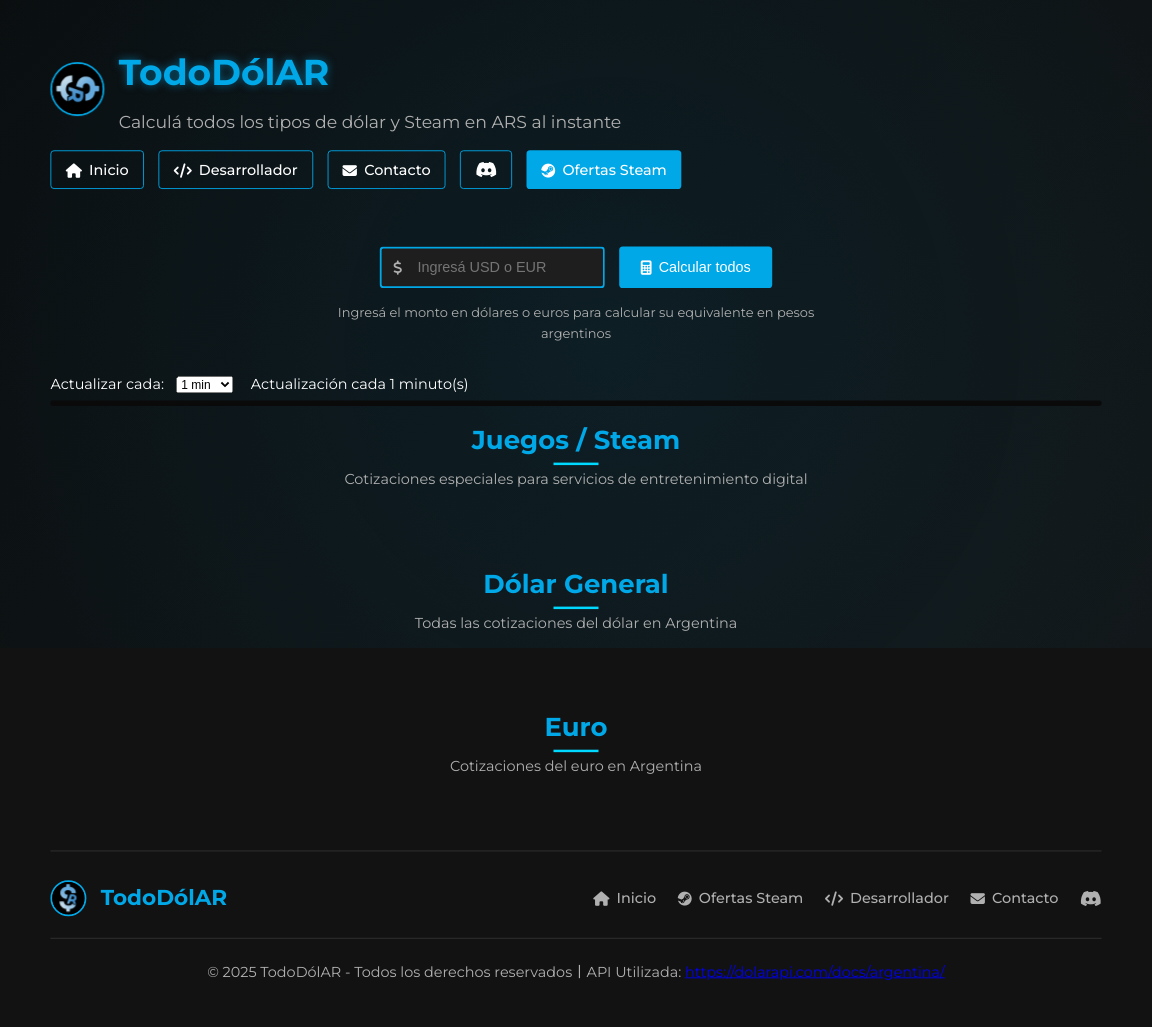
Repository: FabriDevelope/todod-lar-ar
Page: inicio/index.html
The author's editor kept a copy of each file at every save. The page is drawn from the files as they stood at one save, then again after the next save.
The browser window is 1280 px wide. The pictures show the whole page, at 90% of full size.
The page's requests for data from a server got no answer.

Above is the page before, as saved 2025-09-06 23:17:41.

### inicio/index.html
<!DOCTYPE html>
<html lang="es">
<head>
    <meta charset="UTF-8">
    <meta name="viewport" content="width=device-width, initial-scale=1.0">
    <title>TodoDólAR - Calculá todos los tipos de dólar y Steam en ARS al instante</title>
    <link rel="stylesheet" href="../css/style.css">
    <link rel="icon" type="image/png" href="favicon.png">
    <link href="https://fonts.googleapis.com/css2?family=Montserrat:wght@400;500;700&display=swap" rel="stylesheet">
    <link rel="stylesheet" href="https://cdnjs.cloudflare.com/ajax/libs/font-awesome/6.4.0/css/all.min.css">
</head>
<body>
    <!-- Fondo animado -->
    <div class="animated-bg"></div>

    <div class="container">
        <!-- Header -->
        <header class="header">
            <div class="header-content">
                <div class="header-logo">
                    <img src="../logo/logo.png" alt="TodoDólar-AR Logo" class="logo-img">
                    <div>
                        <h1 class="header-title">TodoDólAR</h1>
                        <p class="header-subtitle">Calculá todos los tipos de dólar y Steam en ARS al instante</p>
                    </div>
                </div>
                <div class="header-links">
                    <a href="index.html" class="dev-link">
                        <i class="fas fa-home"></i> Inicio
                    </a>
                    <a href="../desarrollador/index.html" target="_blank" class="dev-link">
                        <i class="fas fa-code"></i> Desarrollador
                    </a>
                    <a href="../contacto/index.html" class="dev-link">
                        <i class="fas fa-envelope"></i> Contacto
                    </a>
                    <a href="../discord-invite/index.html" target="_blank" class="dev-link discord-link">
                        <i class="fab fa-discord"></i>
                    </a>
                    <a href="../ofertas-steam/index.html" target="_blank" class="steam-btn">
                        <i class="fab fa-steam"></i> Ofertas Steam
                    </a>
                </div>
            </div>
        </header>

        <!-- Input de cálculo -->
        <section class="calculation-section">
            <div class="input-container">
                <div class="input-group">
                    <i class="fas fa-dollar-sign input-icon"></i>
                    <input type="number" id="currency-input" placeholder="Ingresá USD o EUR" step="0.01" min="0">
                </div>
                <button id="calculate-all-btn" class="calculate-btn">
                    <i class="fas fa-calculator"></i> Calcular todos
                </button>
            </div>
            <p class="input-description">Ingresá el monto en dólares o euros para calcular su equivalente en pesos argentinos</p>
        </section>

        <div id="update-container" style="margin: 15px 0;">
            <label for="update-interval-select" style="color: var(--light-text); margin-right: 10px;">Actualizar cada:</label>
            <select id="update-interval-select">
                <option value="60000">1 min</option>
                <option value="300000">5 min</option>
                <option value="900000">15 min</option>
                <option value="3600000">1 hora</option>
            </select>
            <span id="update-text" style="color: var(--light-text); margin-left: 15px;">Actualización cada 1 minuto(s)</span>
            <div id="update-bar-container" style="background: var(--darker-bg); border-radius: 5px; overflow: hidden; height: 6px; margin-top: 5px;">
                <div id="update-bar" style="height: 100%; width: 0%; background: var(--accent-color); transition: width 0.1s linear;"></div>
            </div>
        </div>





        <!-- Tarjetas de Juegos/Steam -->
        <section class="card-section">
            <div class="section-header">
                <h2 class="section-title">Juegos / Steam</h2>
                <p class="section-description">Cotizaciones especiales para servicios de entretenimiento digital</p>
            </div>
            <div class="cards-grid" id="steam-cards">
                <!-- Las tarjetas se generarán con JavaScript -->
            </div>
        </section>

        <!-- Tarjetas de Dólar General -->
        <section class="card-section">
            <div class="section-header">
                <h2 class="section-title">Dólar General</h2>
                <p class="section-description">Todas las cotizaciones del dólar en Argentina</p>
            </div>
            <div class="cards-grid" id="general-cards">
                <!-- Las tarjetas se generarán con JavaScript -->
            </div>
        </section>

        <!-- Tarjetas de Euro -->
        <section class="card-section">
            <div class="section-header">
                <h2 class="section-title">Euro</h2>
                <p class="section-description">Cotizaciones del euro en Argentina</p>
            </div>
            <div class="cards-grid" id="euro-cards">
                <!-- Las tarjetas se generarán con JavaScript -->
            </div>
        </section>

        <!-- Footer -->
        <footer class="footer">
            <div class="footer-content">
                <div class="footer-logo">
                    <img src="../logo/logo.png" alt="TodoDólar-AR Logo" class="footer-logo-img">
                    <span class="footer-title">TodoDólAR</span>
                </div>
                <div class="footer-links">
                    <a href="index.html" class="footer-link">
                        <i class="fas fa-home"></i> Inicio
                    </a>
                    <a href="../ofertas-steam/index.html" target="_blank" class="footer-link">
                        <i class="fab fa-steam"></i> Ofertas Steam
                    </a>
                    <a href="../desarrollador/index.html" target="_blank" class="footer-link">
                        <i class="fas fa-code"></i> Desarrollador
                    </a>
                    <a href="../contacto/index.html" class="footer-link">
                        <i class="fas fa-envelope"></i> Contacto
                    </a>
                    <a href="../discord-invite/index.html" target="_blank" class="footer-link discord-link">
                        <i class="fab fa-discord"></i>
                    </a>
                </div>
            </div>
            <div class="footer-bottom">
                <p>&copy; 2025 TodoDólAR - Todos los derechos reservados丨API Utilizada: <a href="https://dolarapi.com/docs/argentina/">https://dolarapi.com/docs/argentina/</a></p>
            </div>
        </footer>
    </div>

    <!-- Modal para cálculo específico -->
    <div id="calc-modal" class="modal">
        <div class="modal-content">
            <div class="modal-header">
                <h3 class="modal-title" id="modal-title">Calculadora de Moneda</h3>
                <button class="modal-close-btn" id="modal-close-btn">
                    <i class="fas fa-times"></i>
                </button>
            </div>
            <div class="modal-body">
                <div class="calc-section">
                    <h4>ARS a <span id="currency-name">Moneda</span></h4>
                    <div class="calc-input-group">
                        <input type="number" id="ars-input" placeholder="Ingresá ARS" step="0.01" min="0">
                        <button class="calc-btn" id="ars-to-currency-btn">Calcular</button>
                    </div>
                    <div class="calc-result" id="ars-to-currency-result">
                        <span class="result-label">Resultado:</span>
                        <span class="result-value">0.00</span>
                    </div>
                </div>
                <div class="calc-section">
                    <h4><span id="currency-name-2">Moneda</span> a ARS</h4>
                    <div class="calc-input-group">
                        <input type="number" id="currency-input-modal" placeholder="Ingresá monto" step="0.01" min="0">
                        <button class="calc-btn" id="currency-to-ars-btn">Calcular</button>
                    </div>
                    <div class="calc-result" id="currency-to-ars-result">
                        <span class="result-label">Resultado:</span>
                        <span class="result-value">$0.00</span>
                    </div>
                </div>
            </div>
            <div class="modal-footer">
                <button class="modal-close-footer-btn" id="modal-close-footer-btn">Cerrar</button>
            </div>
        </div>
    </div>

    <script src="../js/script.js"></script>
</body>
</html>

Loaded but not shown: js/script.js (217 lines, source omitted); css/style.css (788 lines, source omitted)

After the next save:
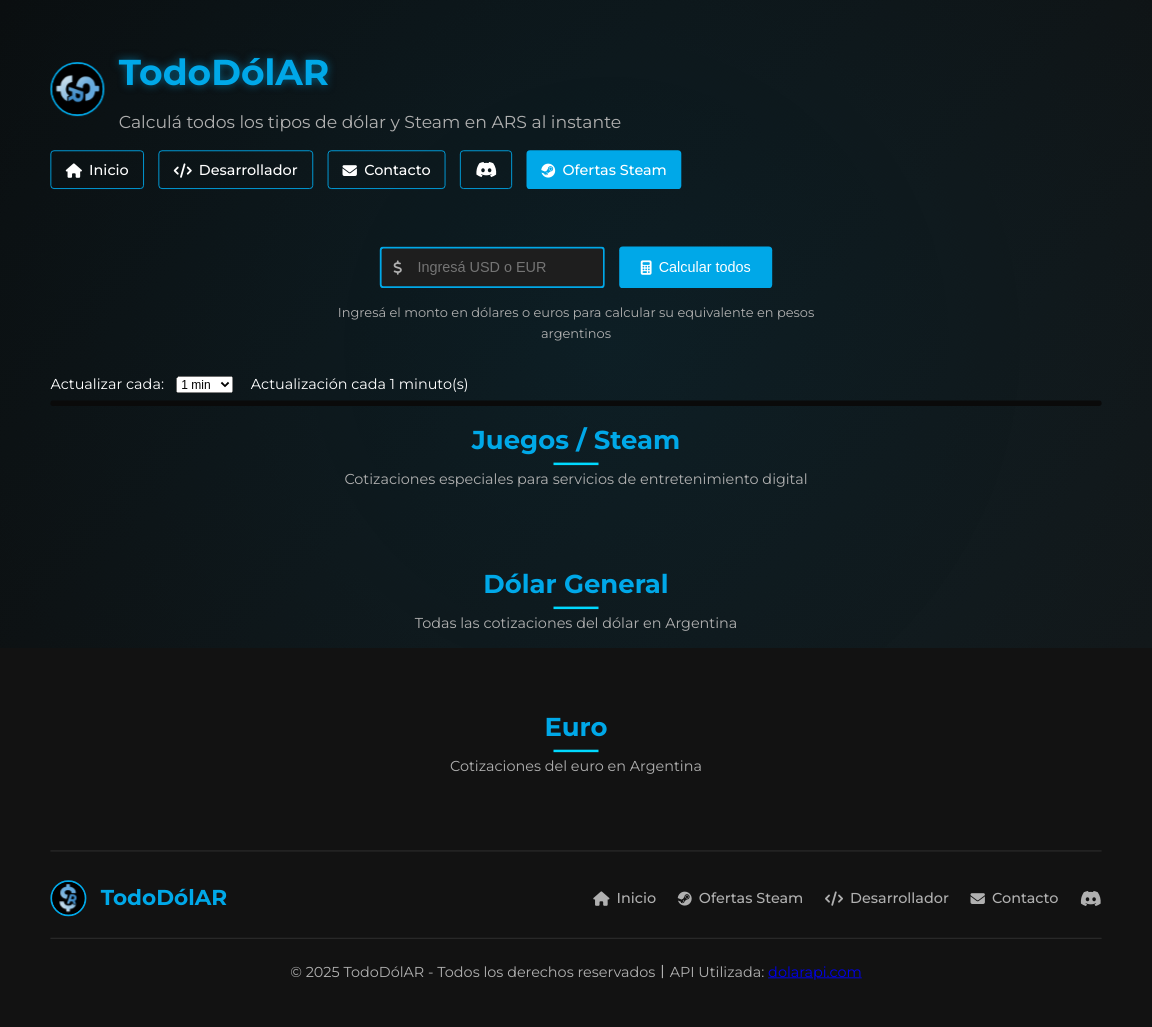
Saved 19 s later.
--- a/inicio/index.html
+++ b/inicio/index.html
@@ -135,7 +135,7 @@
                 </div>
             </div>
             <div class="footer-bottom">
-                <p>&copy; 2025 TodoDólAR - Todos los derechos reservados丨API Utilizada: <a href="https://dolarapi.com/docs/argentina/">https://dolarapi.com/docs/argentina/</a></p>
+                <p>&copy; 2025 TodoDólAR - Todos los derechos reservados丨API Utilizada: <a href="https://dolarapi.com/docs/argentina/">dolarapi.com</a></p>
             </div>
         </footer>
     </div>
